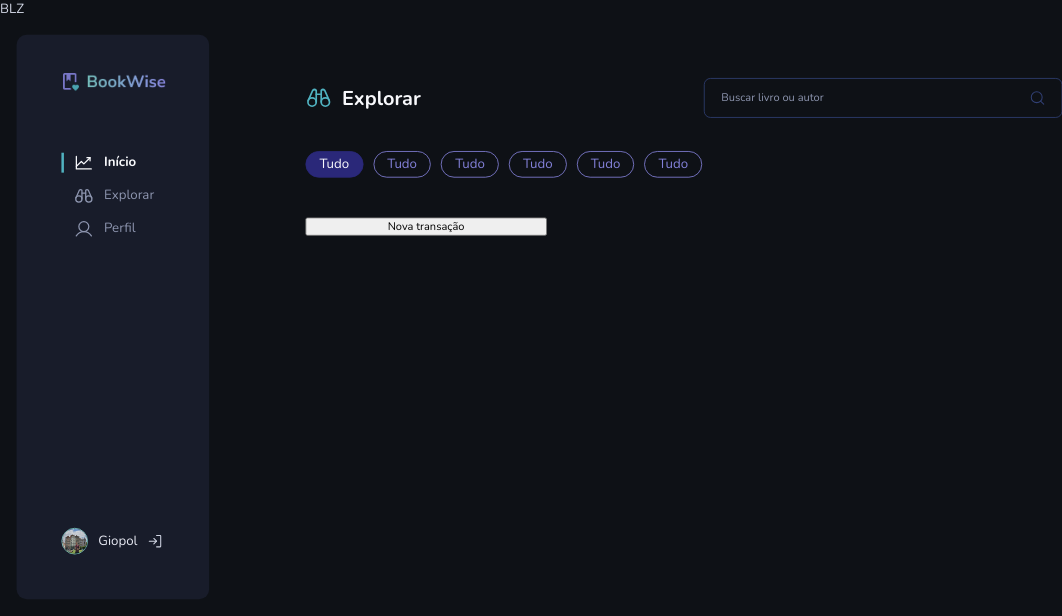
Repository: Giopol12/book-wise
Page: /explore/index.page
These files come from the project's save history. The page is drawn as it stood at one moment and after the next save; the edit follows.
The browser window is 1280 px wide. The pictures show the whole page, at 83% of full size.
The project was rebuilt for these pictures with package versions that can differ from the ones it lists, and the page was loaded fresh each time. The framework's server and built-in components were replaced by stand-ins that run in the browser. Also part of the build but not shown: next.config.js.

Above is the page before, as saved 2023-10-27 09:51:46.

### src/pages/_app.tsx
import { globalStyles } from '@/styles/global'
import type { AppProps } from 'next/app'

globalStyles()

export default function App({ Component, pageProps }: AppProps) {
  return (
    <>
      <div>BLZ</div>
      <Component {...pageProps} />
    </>
  )
}

### src/pages/_document.tsx
import { getCssText } from '@/styles'
import { Html, Head, Main, NextScript } from 'next/document'

export default function Document() {
  return (
    <Html lang="en">
      <Head>
        <link rel="preconnect" href="https://fonts.googleapis.com" />
        <link
          rel="preconnect"
          href="https://fonts.gstatic.com"
          crossOrigin="anonymous"
        />

        <link
          href="https://fonts.googleapis.com/css2?family=Nunito:wght@400;500;700&display=swap"
          rel="stylesheet"
        />
        <style
          id="stitches"
          dangerouslySetInnerHTML={{ __html: getCssText() }}
        />
      </Head>
      <body>
        <Main />
        <NextScript />
      </body>
    </Html>
  )
}

### src/pages/explore/index.page.tsx
import { Sidebar } from '@/components/Sidebar'
import {
  Container,
  ExploreBookContainer,
  ExploreContainer,
  ExploreHeader,
  ExploreSearchInput,
  ExploreSearchInputContainer,
  PageTitle,
  Tag,
  TagsContainer,
} from './styles'
import { Binoculars, MagnifyingGlass } from 'phosphor-react'
import { ExploreBookCard } from './components/ExploreBookCard'

import * as Dialog from '@radix-ui/react-dialog'
import { NewCommentModal } from '@/components/NewCommentModal'

export default function Explore() {
  const array = Array.from({ length: 15 }).map((_, i) => {
    return i
  })

  return (
    <Container>
      <Sidebar />
      <ExploreContainer>
        <ExploreHeader>
          <PageTitle>
            <Binoculars size={32} />
            <h1>Explorar</h1>
          </PageTitle>
          <ExploreSearchInputContainer>
            <ExploreSearchInput placeholder="Buscar livro ou autor" />
            <MagnifyingGlass size={20} />
          </ExploreSearchInputContainer>
        </ExploreHeader>
        <TagsContainer>
          <Tag enabled={true}>Tudo</Tag>
          <Tag>Tudo</Tag>
          <Tag>Tudo</Tag>
          <Tag>Tudo</Tag>
          <Tag>Tudo</Tag>
          <Tag>Tudo</Tag>
        </TagsContainer>
        <ExploreBookContainer>
          {/* {array.map((id) => {
            return (
              <Dialog.Root>
                <Dialog.Trigger asChild>
                  <ExploreBookCard />
                </Dialog.Trigger>
                <NewCommentModal />
              </Dialog.Root>
            )
          })} */}
          <Dialog.Root>
            <Dialog.Trigger asChild>
              <button>Nova transação</button>
            </Dialog.Trigger>

            <NewCommentModal />
          </Dialog.Root>
        </ExploreBookContainer>
      </ExploreContainer>
    </Container>
  )
}

### src/styles/global.ts
import { globalCss } from '.'

export const globalStyles = globalCss({
  '*': {
    margin: 0,
    padding: 0,
    boxSizing: 'border-box',
  },

  body: {
    '-webkit-font-smoothing': 'antialiased',
    backgroundColor: '$gray800',
    color: '$gray300',
  },

  'body, input, textarea, button': {
    fontFamily: 'Nunito',
    fontWeight: 400,
  },
})

### src/styles/index.ts
// stitches.config.ts

import { createStitches } from '@stitches/react'

export const {
  styled,
  getCssText,
  globalCss,
  config,
  createTheme,
  css,
  keyframes,
  prefix,
  reset,
  theme,
} = createStitches({
  theme: {
    fonts: {
      default: 'Nunito, sans-serif',
    },

    space: {
      px: '1px',
      1: '0.25rem',
      2: '0.5rem',
      3: '0.75rem',
      4: '1rem',
      5: '1.25rem',
      6: '1.5rem',
      7: '1.75rem',
      8: '2rem',
      10: '2.5rem',
    },

    fontSizes: {
      xs: '0.75rem',
      sm: '0.875rem',
      md: '1rem',
      lg: '1.125rem',
      xl: '1.25rem',
      '2xl': '1.5rem',
    },

    fontWeights: {
      regular: '400',
      medium: '500',
      bold: '700',
    },

    lineHeights: {
      shorter: '125%',
      short: '140%',
      base: '160%',
      tall: '180%',
    },

    colors: {
      white: '#FFFFFF',
      black: '#000000',
      green100: '#50B2C0',
      green200: '#255D6A',
      green300: '#0A313C',
      purple100: '#8381D9',
      purple200: '#2A2879',
      gray100: '#F8F9FC',
      gray200: '#E6E8F2',
      gray300: '#D1D6E4',
      gray400: '#8D95AF',
      gray500: '#303F73',
      gray600: '#252D4A',
      gray700: '#181C2A',
      gray800: '#0E1116',
      'gradient-vertical': `linear-gradient(180deg, #7FD1CC 0%, #9694F5 100%)`,
      'gradient-horizontal': `linear-gradient(90deg, #7FD1CC 0%, #9694F5 100%)`,
    },

    radii: {
      xs: '2.5px',
      sm: '5px',
      md: '10px',
      lg: '20px',
      full: '99999px',
    },
  },
})

### src/components/Sidebar/index.tsx
import Image from 'next/image'
import {
  BottomContainer,
  LoginButton,
  LogoContainer,
  NavContainer,
  NavItemContainer,
  SidebarContainer,
  SignOutButton,
  TopContainer,
} from './styles'

import logo from '@/assets/logo.png'
import avatar from '@/assets/avatar.jpeg'
import { Binoculars, ChartLineUp, SignIn, User } from 'phosphor-react'
import { Avatar } from '@/components/Avatar'

export function Sidebar() {
  return (
    <SidebarContainer>
      <TopContainer>
        <LogoContainer>
          <Image src={logo} alt="" width={128} height={32} />
        </LogoContainer>
        <NavContainer>
          <NavItemContainer selected={true}>
            <ChartLineUp size={24} />
            <span>Início</span>
          </NavItemContainer>
          <NavItemContainer>
            <Binoculars size={24} />
            <span>Explorar</span>
          </NavItemContainer>
          <NavItemContainer>
            <User size={24} />
            <span>Perfil</span>
          </NavItemContainer>
        </NavContainer>
      </TopContainer>
      <BottomContainer>
        <LoginButton>
          {/* <strong>Fazer login</strong> <SignIn size={20} /> */}
          <Avatar avatarUrl={avatar} /> <span>Giopol</span>
        </LoginButton>
        <SignOutButton>
          <SignIn size={20} />
        </SignOutButton>
      </BottomContainer>
    </SidebarContainer>
  )
}

### src/pages/explore/styles.ts
import { styled } from '@/styles'

export const Container = styled('div', {
  maxWidth: '1440px',
  margin: '0 auto',
  display: 'flex',
})

export const ExploreContainer = styled('div', {
  maxWidth: '62.25rem',
  margin: '4.5rem 0 2.5rem 6rem',
  width: '100%',

  display: 'flex',
  flexDirection: 'column',
})
export const ExploreHeader = styled('div', {
  width: '100%',
  maxHeight: '3rem',
  display: 'flex',
  alignItems: 'center',
  justifyContent: 'space-between',
})
export const PageTitle = styled('div', {
  display: 'flex',
  alignItems: 'center',
  gap: '$3',
  marginBottom: '3$',
  svg: {
    color: '$green100',
  },
  h1: {
    fontSize: '$2xl',
    color: '$gray100',
  },
})
export const ExploreSearchInputContainer = styled('div', {
  position: 'relative',
  maxHeight: '5.75rem',
  svg: {
    color: '$gray500',
    position: 'absolute',
    bottom: 14,
    right: 20,
  },
  '&:focus-within': {
    svg: {
      color: '$green200',
    },
  },
})
export const ExploreSearchInput = styled('input', {
  width: '27rem',
  position: 'relative',
  padding: '0.875rem 2.875rem 0.875rem $5',
  backgroundColor: '$gray800',
  border: '1px solid $gray500',
  borderRadius: '8px',
  color: '$gray200',
  '&:focus': {
    borderColor: '$green200',
  },
  '&::placeholder': {
    color: '$gray400',
  },
})
export const TagsContainer = styled('div', {
  marginTop: '$10',

  display: 'flex',
  gap: '$3',
})
export const Tag = styled('span', {
  variants: {
    enabled: {
      true: {
        border: '1px solid $purple200',
        background: '$purple200',
        color: '$gray100',
        '&:hover': {
          borderColor: '$purple100',
        },
      },
      false: {
        color: '$purple100',
        border: '1px solid $purple100',
        '&:hover': {
          background: 'rgba(42, 40, 121, 0.3)',
        },
      },
    },
  },
  defaultVariants: {
    enabled: false,
  },
  borderRadius: 9999,
  padding: '$1 $4',
  cursor: 'pointer',
})
export const ExploreBookContainer = styled('div', {
  display: 'grid',
  gridTemplateColumns: 'repeat(3, 1fr)',
  marginTop: '3rem',
  gap: '$5',
})

### src/components/NewCommentModal/index.tsx
import * as Dialog from '@radix-ui/react-dialog'
import { X } from 'phosphor-react'
import {
  AssessmentButton,
  AssessmentContainer,
  BookCard,
  CloseButton,
  CommentCard,
  CommentContainer,
  Content,
  Overlay,
} from './styles'

export function NewCommentModal() {
  return (
    <Dialog.Portal>
      <Overlay />
      <Content>
        <CloseButton>
          <X />
        </CloseButton>
        <BookCard></BookCard>
        <AssessmentContainer>
          <p>Avaliações</p>
          <AssessmentButton></AssessmentButton>
        </AssessmentContainer>
        <CommentContainer>
          <CommentCard></CommentCard>
        </CommentContainer>
      </Content>
    </Dialog.Portal>
  )
}

### src/components/Sidebar/styles.ts
import { styled } from '@/styles'

export const SidebarContainer = styled('div', {
  height: 'calc(100vh - 40px)',
  margin: '$5',
  width: '14.5rem',
  background: '$gray700',
  borderRadius: '12px',
  display: 'flex',
  flexDirection: 'column',
  alignItems: 'center',
  justifyContent: 'space-between',
})
export const TopContainer = styled('div', {
  display: 'flex',
  flexDirection: 'column',
  alignItems: 'center',
})
export const LogoContainer = styled('header', {
  padding: '$10 3.25rem',
})
export const NavContainer = styled('nav', {
  marginTop: '$6',
  display: 'flex',
  flexDirection: 'column',
  gap: '$4',
})
export const NavItemContainer = styled('div', {
  variants: {
    selected: {
      true: {
        color: '$gray100',
        fontWeight: '$bold',
        borderLeftColor: '$green100',
      },
    },
  },
  defaultVariants: {
    selected: false,
  },
  color: '$gray400',
  lineHeight: 'base',
  display: 'flex',
  gap: '$3',
  padding: '0 $3',
  borderLeftWidth: '3px',
  borderLeftColor: 'transparent',
  borderLeftStyle: 'solid',
  '&:hover': {
    cursor: 'pointer',
    color: '$gray100',
    transition: 'color 0.1s',
  },
})
export const BottomContainer = styled('footer', {
  display: 'flex',
  alignItems: 'center',
  marginBottom: '3.375rem',
  gap: '$3',
})

export const LoginButton = styled('div', {
  display: 'flex',
  alignItems: 'center',
  gap: '$3',
  color: '$gray200',
  svg: {
    color: '$green100',
  },
  cursor: 'pointer',
})
export const SignOutButton = styled('button', {
  border: 0,
  backgroundColor: 'transparent',
  color: '$red300',
  lineHeight: 0,
  cursor: 'pointer',
  '&:hover': {
    color: '$red500',
    transition: 'color 0.1s',
  },
})

### src/components/Avatar/index.tsx
import Image, { StaticImageData } from 'next/image'
import { AvatarContainer } from './styles'

interface AvatarProps {
  avatarUrl: string | StaticImageData
  size?: 'sm' | 'md' | 'lg'
}

export function Avatar({ avatarUrl, size }: AvatarProps) {
  return (
    <AvatarContainer size={size}>
      <Image src={avatarUrl} width={72} height={72} alt="" quality={100} />
    </AvatarContainer>
  )
}

### src/components/NewCommentModal/styles.ts
import { styled } from '@/styles'
import * as Dialog from '@radix-ui/react-dialog'

export const Overlay = styled(Dialog.Overlay, {
  position: 'fixed',
  width: '100vw',
  height: '100vh',
  inset: 0,
  background: 'rgba(0, 0, 0, 0.75)',
})
export const Content = styled(Dialog.Content, {})
export const CloseButton = styled(Dialog.Close, {})
export const BookCard = styled('div', {})
export const AssessmentContainer = styled('div', {})
export const AssessmentButton = styled('div', {})
export const CommentContainer = styled('div', {})
export const CommentCard = styled('div', {})

### src/components/Avatar/styles.ts
import { styled } from '@/styles'

export const AvatarContainer = styled('div', {
  variants: {
    size: {
      sm: {
        width: 32,
        height: 32,

        img: {
          width: 32,
          height: 32,
        },
      },
      md: {
        width: 40,
        height: 40,

        img: {
          width: 40,
          height: 40,
        },
      },
      lg: {
        width: 72,
        height: 72,

        img: {
          width: 72,
          height: 72,
        },
      },
    },
  },
  defaultVariants: {
    size: 'sm',
  },
  borderRadius: '$full',
  border: '1px solid #7FD1CC',
  overflow: 'hidden',
})

### src/pages/explore/components/ExploreBookCard/index.tsx
import { StarTestContainer } from '@/pages/home/components/LatestReviews/styles'
import Image from 'next/image'
import { Star } from 'phosphor-react'
import book from '@/assets/14-habitos-de-desenvolvedores-altamente-produtivos.png'
import {
  DetailsContainer,
  ExploreBookCardContainer,
  ExploreBookTitleContainer,
  ReadSpan,
} from './styles'

export function ExploreBookCard() {
  return (
    <ExploreBookCardContainer>
      <Image src={book} width={108} alt="" />
      <DetailsContainer>
        <ExploreBookTitleContainer>
          <strong>A revolução dos bichos</strong>
          <p>George Orwell</p>
        </ExploreBookTitleContainer>
        <StarTestContainer>
          <Star />
          <Star />
          <Star />
          <Star />
          <Star />
        </StarTestContainer>
      </DetailsContainer>
      <ReadSpan>LIDO</ReadSpan>
    </ExploreBookCardContainer>
  )
}

### src/pages/home/components/LatestReviews/styles.ts
import { styled } from '@/styles'

export const Container = styled('div', {
  maxWidth: '37.875rem',
  width: '100%',
  margin: '4.75rem 4rem 0 4.5rem',
  wordWrap: 'break-word',
})

export const PageTitle = styled('div', {
  display: 'flex',
  alignItems: 'center',
  gap: '$3',
  marginBottom: '3$',
  svg: {
    color: '$green100',
  },
  h1: {
    fontSize: '$2xl',
    color: '$gray100',
  },
})
export const LastReadingContainer = styled('div', {})

export const TitleContainer = styled('div', {
  p: {
    color: '$gray100',
    padding: '$2 0',
  },
  marginTop: '$10',
  display: 'flex',
  justifyContent: 'space-between',
})

export const LastReadingCard = styled('div', {
  marginTop: '$2',
  background: '$gray600',
  maxHeight: 192,
  display: 'flex',
  padding: '$5 1.5rem',
  gap: '1.5rem',
  borderRadius: 8,
  overflow: 'hidden',
  textOverflow: 'ellipsis',
  img: {
    borderRadius: 4,
  },
  border: '2px solid transparent',
  '&:hover': {
    border: '2px solid $gray500',
    cursor: 'pointer',
  },
})

export const ContentContainer = styled('div', {})

export const InfoContainer = styled('div', {
  display: 'flex',
  justifyContent: 'space-between',
  p: {
    fontSize: '$sm',
  },
})

export const CardTitleContainer = styled('div', {
  marginTop: '$3',

  strong: {
    lineHeight: '$short',
    color: '$gray100',
  },
  p: {
    fontSize: '$sm',
    color: '$gray400',
  },
})

export const TextContainer = styled('div', {
  marginTop: '$6',
  maxHeight: '2.75rem',
  overflow: 'hidden',
  textOverflow: 'ellipsis',
  wordBreak: 'break-word',
  p: {
    fontSize: '$sm',
  },
})

export const StarTestContainer = styled('div', {
  display: 'flex',
  gap: '$1',
})

### src/pages/explore/components/ExploreBookCard/styles.ts
import { styled } from '@/styles'
import * as Dialog from '@radix-ui/react-dialog'

export const ExploreBookCardContainer = styled('button', {
  position: 'relative',
  maxWidth: '20rem',
  background: '$gray700',
  display: 'flex',
  gap: '$5',
  padding: '$5 $4',
  borderRadius: 8,
  border: '2px solid transparent',
  '&:hover': {
    border: '2px solid $gray600',
    cursor: 'pointer',
    span: {
      borderRight: '2px solid $gray600',
      borderTop: '2px solid $gray600',
    },
  },
})
export const DetailsContainer = styled('div', {
  display: 'flex',
  flexDirection: 'column',
  justifyContent: 'space-between',
})
export const ExploreBookTitleContainer = styled('div', {
  strong: {
    color: '$gray100',
  },
  p: {
    color: '$gray400',
    fontSize: '$sm',
  },
})
export const ReadSpan = styled('span', {
  position: 'absolute',
  top: -2,
  right: -2,
  color: '$green100',
  fontWeight: 'bold',
  background: '$green300',
  borderRadius: '0 6px 0 8px',
  padding: '2px 10px',
  borderRight: '2px solid $green300',
  borderTop: '2px solid $green300',
})

After the next save:
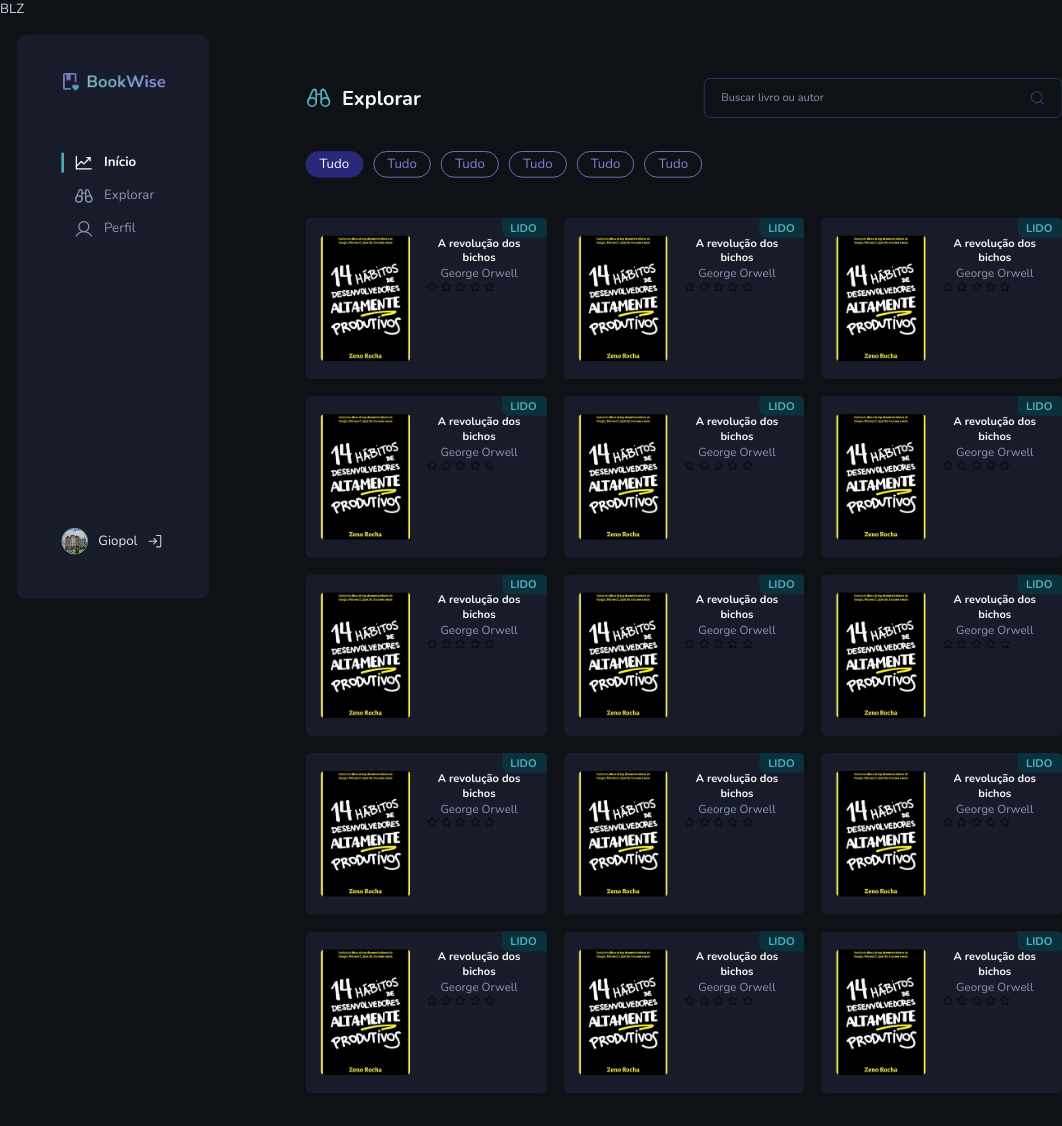
Saved 29 s later.
--- a/src/pages/explore/index.page.tsx
+++ b/src/pages/explore/index.page.tsx
@@ -44,7 +44,7 @@ export default function Explore() {
           <Tag>Tudo</Tag>
         </TagsContainer>
         <ExploreBookContainer>
-          {/* {array.map((id) => {
+          {array.map((id) => {
             return (
               <Dialog.Root>
                 <Dialog.Trigger asChild>
@@ -53,14 +53,14 @@ export default function Explore() {
                 <NewCommentModal />
               </Dialog.Root>
             )
-          })} */}
-          <Dialog.Root>
+          })}
+          {/* <Dialog.Root>
             <Dialog.Trigger asChild>
               <button>Nova transação</button>
             </Dialog.Trigger>
 
             <NewCommentModal />
-          </Dialog.Root>
+          </Dialog.Root> */}
         </ExploreBookContainer>
       </ExploreContainer>
     </Container>
